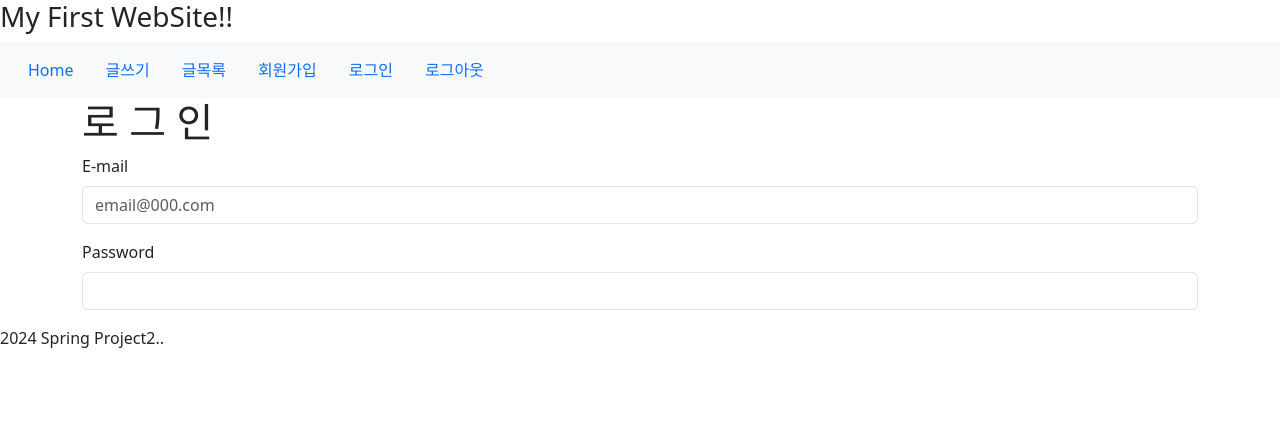
Repository: nefer2/Spring_Study
Page: http://localhost/spring_test2/WEB-INF/views/member/login.jsp
An editor plug-in stored every save of this project. The page is shown before and after a run of saves, followed by the edit.
The browser window is 1280 px wide. The pictures show the whole page.
The page is served by Tomcat 9. Nobody is signed in. Other server files are loaded and not shown. The template is opened directly, without the code that normally fills it, so the values that code supplies are empty.

Above is the page before, as saved 2024-01-15 01:10:09.

### spring_test2/src/main/webapp/WEB-INF/views/member/login.jsp
<%@ page language="java" contentType="text/html; charset=UTF-8"
    pageEncoding="UTF-8"%>

<jsp:include page="../layout/header.jsp"></jsp:include>
<jsp:include page="../layout/navbar.jsp"></jsp:include>

<div class="container-md">
<h1>로  그  인</h1>

<form action="/member/login" method="post">
<div class="mb-3">
  <label for="email" class="form-label">E-mail</label>
  <input type="email" name="email" class="form-control" id="email" placeholder="email@000.com">
</div>
<div class="mb-3">
  <label for="password" class="form-label">Password</label>
  <input type="password" name="pwd" class="form-control" id="pwd">
</div>
</form>
</div>

<jsp:include page="../layout/footer.jsp"></jsp:include>

### spring_test2/src/main/webapp/WEB-INF/views/layout/header.jsp
<%@ page language="java" contentType="text/html; charset=UTF-8"
    pageEncoding="UTF-8"%>
<!DOCTYPE html>
<html>

<head>
<h3>My First WebSite!!</h3>
</head>

### spring_test2/src/main/webapp/WEB-INF/views/layout/navbar.jsp
<%@ page language="java" contentType="text/html; charset=UTF-8"
    pageEncoding="UTF-8"%>

<script src="https://cdn.jsdelivr.net/npm/bootstrap@5.3.1/dist/js/bootstrap.bundle.min.js" integrity="sha384-HwwvtgBNo3bZJJLYd8oVXjrBZt8cqVSpeBNS5n7C8IVInixGAoxmnlMuBnhbgrkm" crossorigin="anonymous"></script>
<link href="https://cdn.jsdelivr.net/npm/bootstrap@5.3.1/dist/css/bootstrap.min.css" rel="stylesheet" integrity="sha384-4bw+/aepP/YC94hEpVNVgiZdgIC5+VKNBQNGCHeKRQN+PtmoHDEXuppvnDJzQIu9" crossorigin="anonymous">

    <nav class="navbar navbar-expand-lg bg-body-tertiary">
  <div class="container-fluid">
    <button class="navbar-toggler" type="button" data-bs-toggle="collapse" data-bs-target="#navbarNav" aria-controls="navbarNav" aria-expanded="false" aria-label="Toggle navigation">
      <span class="navbar-toggler-icon"></span>
    </button>
    <div class="collapse navbar-collapse" id="navbarNav">
      <ul class="nav justify-content-center">
        <li class="nav-item">
          <a class="nav-link active" href="/">Home</a>
        </li>
        <li class="nav-item">
          <a class="nav-link" href="/board/register">글쓰기</a>
        </li>
        <li class="nav-item">
          <a class="nav-link" href="/board/list">글목록</a>
        </li>
             <li class="nav-item">
          <a class="nav-link" href="/member/register">회원가입</a>
        </li>
        <li class="nav-item">
          <a class="nav-link" href="#">로그인</a>
        </li>
        <li class="nav-item">
          <a class="nav-link" href="#">로그아웃</a>
        </li>
      </ul>
    </div>
  </div>
</nav>

### spring_test2/src/main/webapp/WEB-INF/views/layout/footer.jsp
<%@ page language="java" contentType="text/html; charset=UTF-8"
    pageEncoding="UTF-8"%>



<div>2024 Spring Project2..</div>



</body>
</html>

After the next 2 saves:
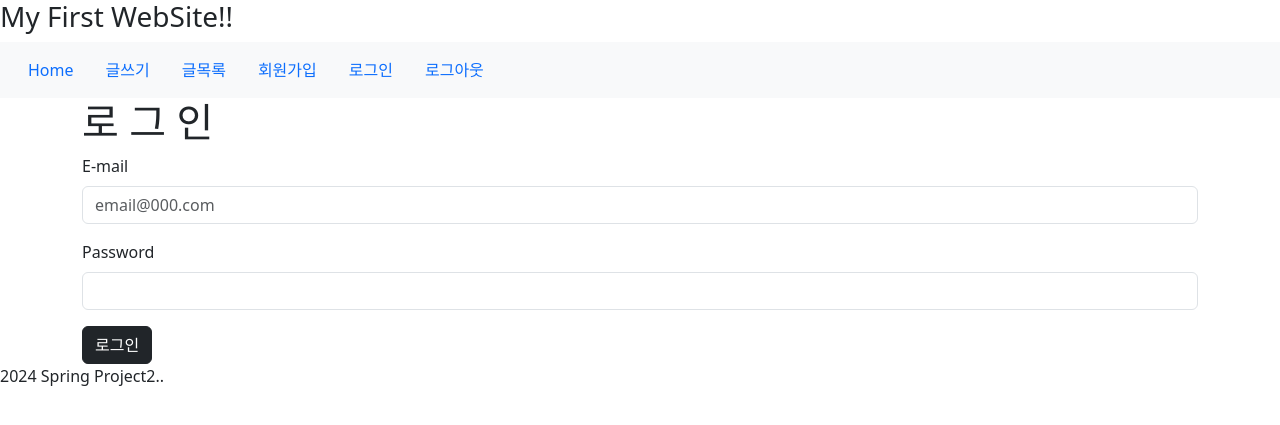
The 2 saves are shown as one change because they came seconds apart.
The last was saved 26 s later.
--- a/spring_test2/src/main/webapp/WEB-INF/views/member/login.jsp
+++ b/spring_test2/src/main/webapp/WEB-INF/views/member/login.jsp
@@ -16,6 +16,7 @@
   <label for="password" class="form-label">Password</label>
   <input type="password" name="pwd" class="form-control" id="pwd">
 </div>
+<button type="submit" class="btn btn-dark" >로그인</button>
 </form>
 </div>
 
